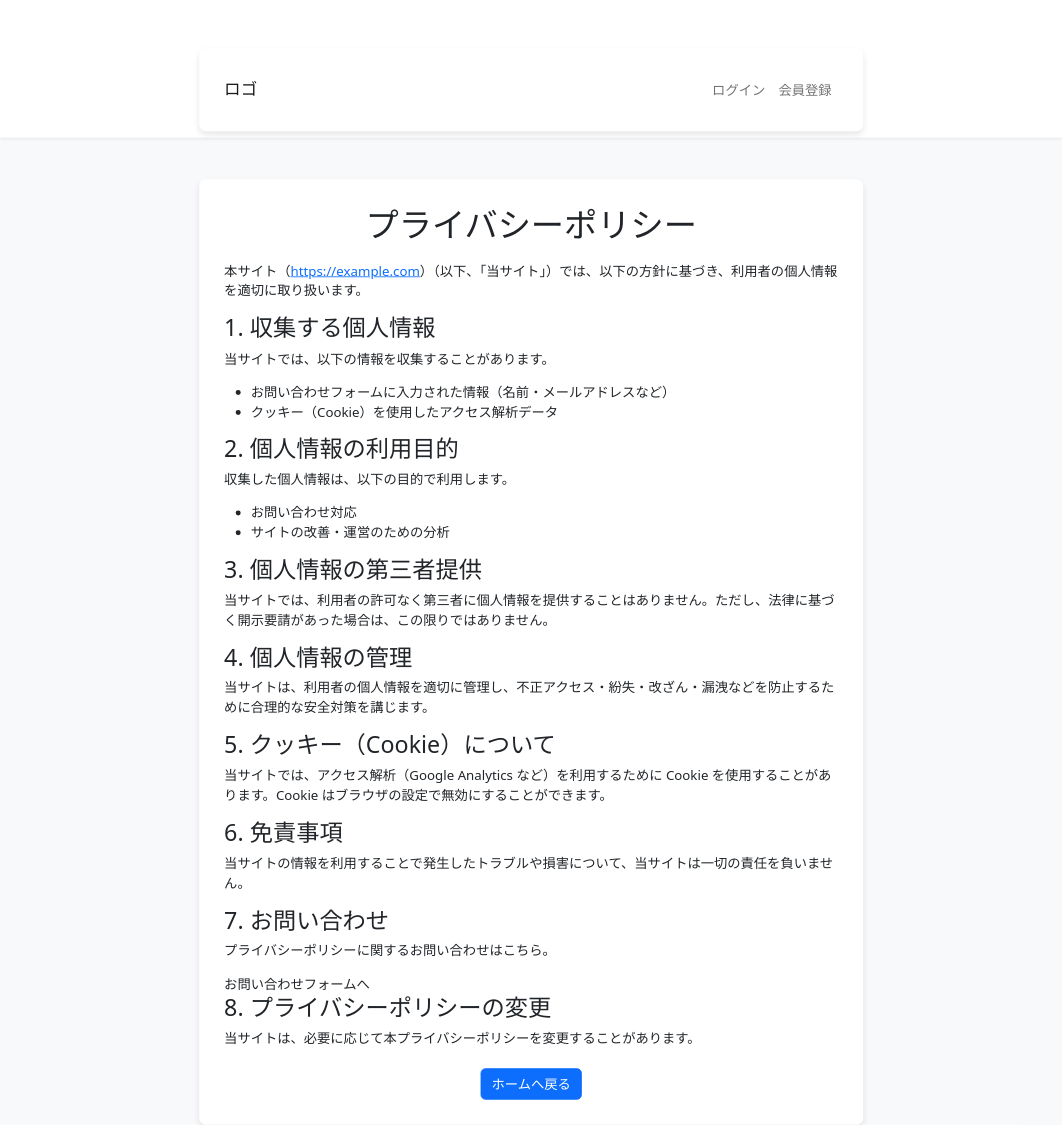
Repository: masa1228ew/original
Page: http://localhost/auth/privacy
An editor plug-in stored every save of this project. The page is shown before and after the next save, followed by the edit.
The browser window is 1280 px wide. The pictures show the whole page, at 83% of full size.
The page is this project's Thymeleaf template; nobody is signed in. The template is opened directly, without the code that normally fills it, so the values that code supplies are empty.

Above is the page before, as saved 2025-02-19 13:59:47.

### original/original/src/main/resources/templates/auth/privacy.html
<!DOCTYPE html>
<html lang="ja">
<head>
    <meta charset="UTF-8">
    <meta name="viewport" content="width=device-width, initial-scale=1">
    <title>プライバシーポリシー</title>
    <link href="https://cdn.jsdelivr.net/npm/bootstrap@5.2.3/dist/css/bootstrap.min.css" rel="stylesheet">
    <style>
        body {
            background-color: #f8f9fa;
        }
        .container {
            max-width: 800px;
            background: white;
            padding: 30px;
            margin-top: 50px;
            border-radius: 8px;
            box-shadow: 0 4px 8px rgba(0, 0, 0, 0.1);
        }
        h1 {
            text-align: center;
            margin-bottom: 20px;
        }
    </style>
</head>
<body>
	<div class="wrapper">
		 <div th:replace="~{fragment :: header}"></div>
		<main>
    <div class="container">
<!--		<div>-->
        <h1>プライバシーポリシー</h1>

        <p>本サイト（<a href="https://example.com">https://example.com</a>）（以下、「当サイト」）では、以下の方針に基づき、利用者の個人情報を適切に取り扱います。</p>

        <h3>1. 収集する個人情報</h3>
        <p>当サイトでは、以下の情報を収集することがあります。</p>
        <ul>
            <li>お問い合わせフォームに入力された情報（名前・メールアドレスなど）</li>
            <li>クッキー（Cookie）を使用したアクセス解析データ</li>
        </ul>

        <h3>2. 個人情報の利用目的</h3>
        <p>収集した個人情報は、以下の目的で利用します。</p>
        <ul>
            <li>お問い合わせ対応</li>
            <li>サイトの改善・運営のための分析</li>
        </ul>

        <h3>3. 個人情報の第三者提供</h3>
        <p>当サイトでは、利用者の許可なく第三者に個人情報を提供することはありません。ただし、法律に基づく開示要請があった場合は、この限りではありません。</p>

        <h3>4. 個人情報の管理</h3>
        <p>当サイトは、利用者の個人情報を適切に管理し、不正アクセス・紛失・改ざん・漏洩などを防止するために合理的な安全対策を講じます。</p>

        <h3>5. クッキー（Cookie）について</h3>
        <p>当サイトでは、アクセス解析（Google Analytics など）を利用するために Cookie を使用することがあります。Cookie はブラウザの設定で無効にすることができます。</p>

        <h3>6. 免責事項</h3>
        <p>当サイトの情報を利用することで発生したトラブルや損害について、当サイトは一切の責任を負いません。</p>

        <h3>7. お問い合わせ</h3>
        <p>プライバシーポリシーに関するお問い合わせはこちら。</p>
				<a class="nav-link" th:href="@{/inquiry}">お問い合わせフォームへ</a>



        <h3>8. プライバシーポリシーの変更</h3>
        <p>当サイトは、必要に応じて本プライバシーポリシーを変更することがあります。</p>

        <div class="text-center mt-4">
            <a href="/" class="btn btn-primary">ホームへ戻る</a>
        </div>
    </div>
		</main>
	</div>

    <script src="https://cdn.jsdelivr.net/npm/bootstrap@5.2.3/dist/js/bootstrap.bundle.min.js"></script>
</body>
</html>

### original/original/src/main/resources/templates/fragment.html
<!DOCTYPE html>
<html  xmlns:th="https://www.thymeleaf.org">
	<head>
		 <div th:fragment="meta" th:remove="tag">
             <meta charset="UTF-8">
             <meta name="viewport" content="width=device-width, initial-scale=1">
         </div>

         <div th:fragment="header" th:remove="tag">
            <nav class="navbar navbar-expand-md navbar-light bg-white shadow-sm samuraitravel-navbar">
                <div class="container samuraitravel-container">
                    <a class="navbar-brand" th:href="@{/}">
                        ロゴ
                    </a>

                    <button class="navbar-toggler" type="button" data-bs-toggle="collapse" data-bs-target="#navbarSupportedContent" aria-controls="navbarSupportedContent" aria-expanded="false" aria-label="Toggle navigation">
                        <span class="navbar-toggler-icon"></span>
                    </button>

                    <div class="collapse navbar-collapse" id="navbarSupportedContent">
                       <ul class="navbar-nav ms-auto">
    <!-- 未ログインであれば表示する -->
    <li class="nav-item" sec:authorize="isAnonymous()">
        <a class="nav-link" th:href="@{/login}">ログイン</a>
    </li>
    <li class="nav-item" sec:authorize="isAnonymous()">
        <a class="nav-link" th:href="@{/signup}">会員登録</a>
    </li>

    <form class="d-none" id="logout-form" th:action="@{/logout}" method="post"></form>
    <!-- ログイン済みであれば表示する -->
   <li class="nav-item dropdown" sec:authorize="isAuthenticated()">
    <!-- ドロップダウンを開くためのボタン -->
    <a class="nav-link dropdown-toggle" href="#" id="navbarDropdownGeneral" role="button" data-bs-toggle="dropdown" aria-expanded="false">
        メニュー
    </a>
    <!-- ドロップダウンメニュー -->
    <ul class="dropdown-menu dropdown-menu-end" aria-labelledby="navbarDropdownGeneral">
        <li>
            <!-- ✅ モーダルを開くためのボタン -->
            <a class="dropdown-item samuraitravel-dropdown-item" href="#" data-bs-toggle="modal" data-bs-target="#logoutModal">
                ログアウト
            </a>
        </li>

        <li>
            <a class="dropdown-item samuraitravel-dropdown-item" th:href="@{/privacy}">
                プライバシーポリシー
            </a>
        </li>
        <li>
            <a class="dropdown-item samuraitravel-dropdown-item" th:href="@{/inquiry}">
                お問い合わせ
            </a>
        </li>
    </ul>
<!--    <form class="d-none" id="logout-form" th:action="@{/logout}" method="post"></form>-->
</li>

</ul>
<div class="modal fade" id="logoutModal" tabindex="-1" aria-labelledby="logoutModalLabel" aria-hidden="true">
  <div class="modal-dialog">
    <div class="modal-content">
      <div class="modal-header">
        <h5 class="modal-title" id="logoutModalLabel">ログアウト確認</h5>
        <button type="button" class="btn-close" data-bs-dismiss="modal" aria-label="閉じる"></button>
      </div>
      <div class="modal-body">
        本当にログアウトしますか？
      </div>
      <div class="modal-footer">
        <button type="button" class="btn btn-secondary" data-bs-dismiss="modal">キャンセル</button>
        <button id="confirmLogout" class="btn btn-danger">ログアウト</button>

      </div>
    </div>
  </div>
</div>
                    </div>
                </div>
            </nav>
        </div>
	</head>
	<body>
		 <div th:fragment="scripts" th:remove="tag">
           <!-- Bootstrap -->
           <script src="https://cdn.jsdelivr.net/npm/bootstrap@5.2.3/dist/js/bootstrap.bundle.min.js" integrity="sha384-kenU1KFdBIe4zVF0s0G1M5b4hcpxyD9F7jL+jjXkk+Q2h455rYXK/7HAuoJl+0I4" crossorigin="anonymous"></script>
       </div>
	</body>
</html>

After the next save:
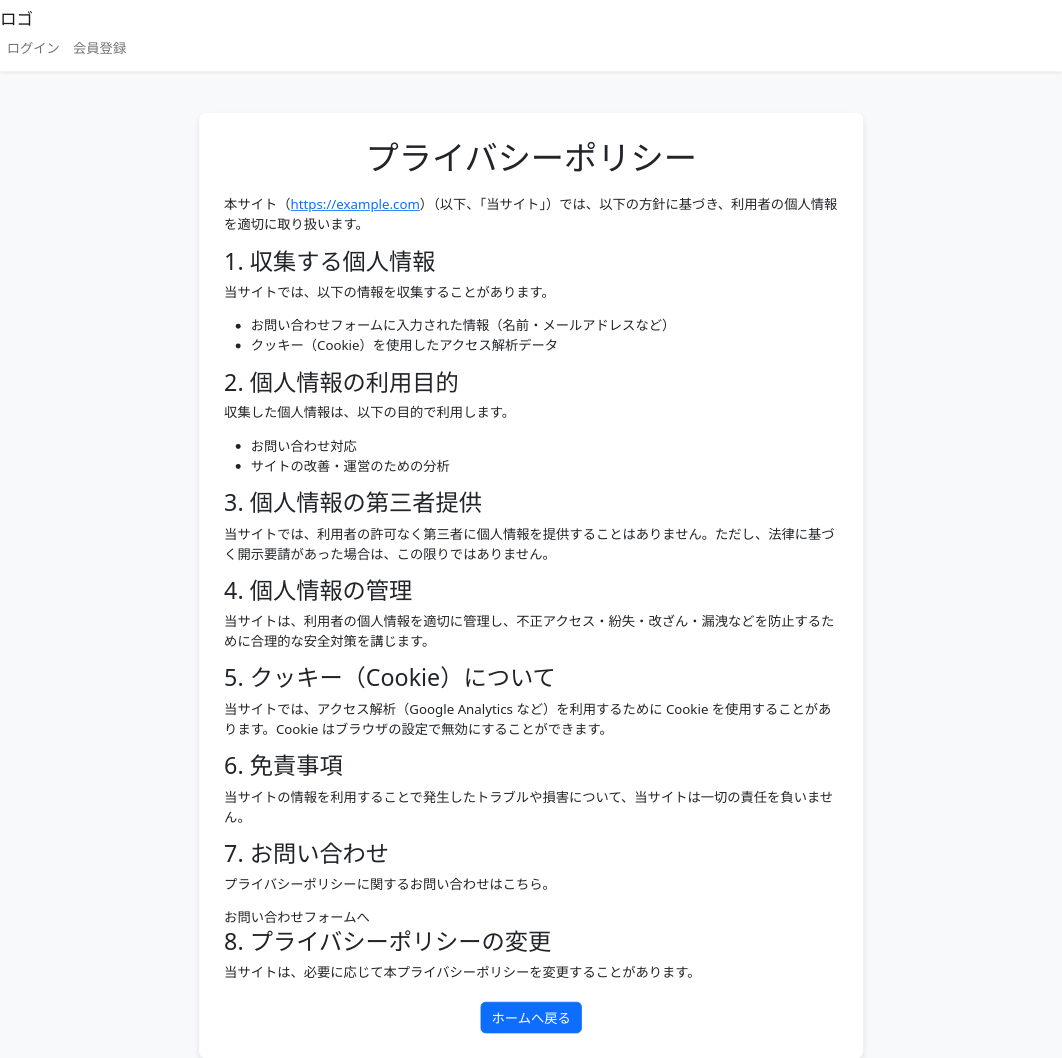
Saved 42 h 26 min later.
--- a/original/original/src/main/resources/templates/fragment.html
+++ b/original/original/src/main/resources/templates/fragment.html
@@ -8,7 +8,7 @@
 
          <div th:fragment="header" th:remove="tag">
             <nav class="navbar navbar-expand-md navbar-light bg-white shadow-sm samuraitravel-navbar">
-                <div class="container samuraitravel-container">
+                <div class=" samuraitravel-container">
                     <a class="navbar-brand" th:href="@{/}">
                         ロゴ
                     </a>

After the save that followed:
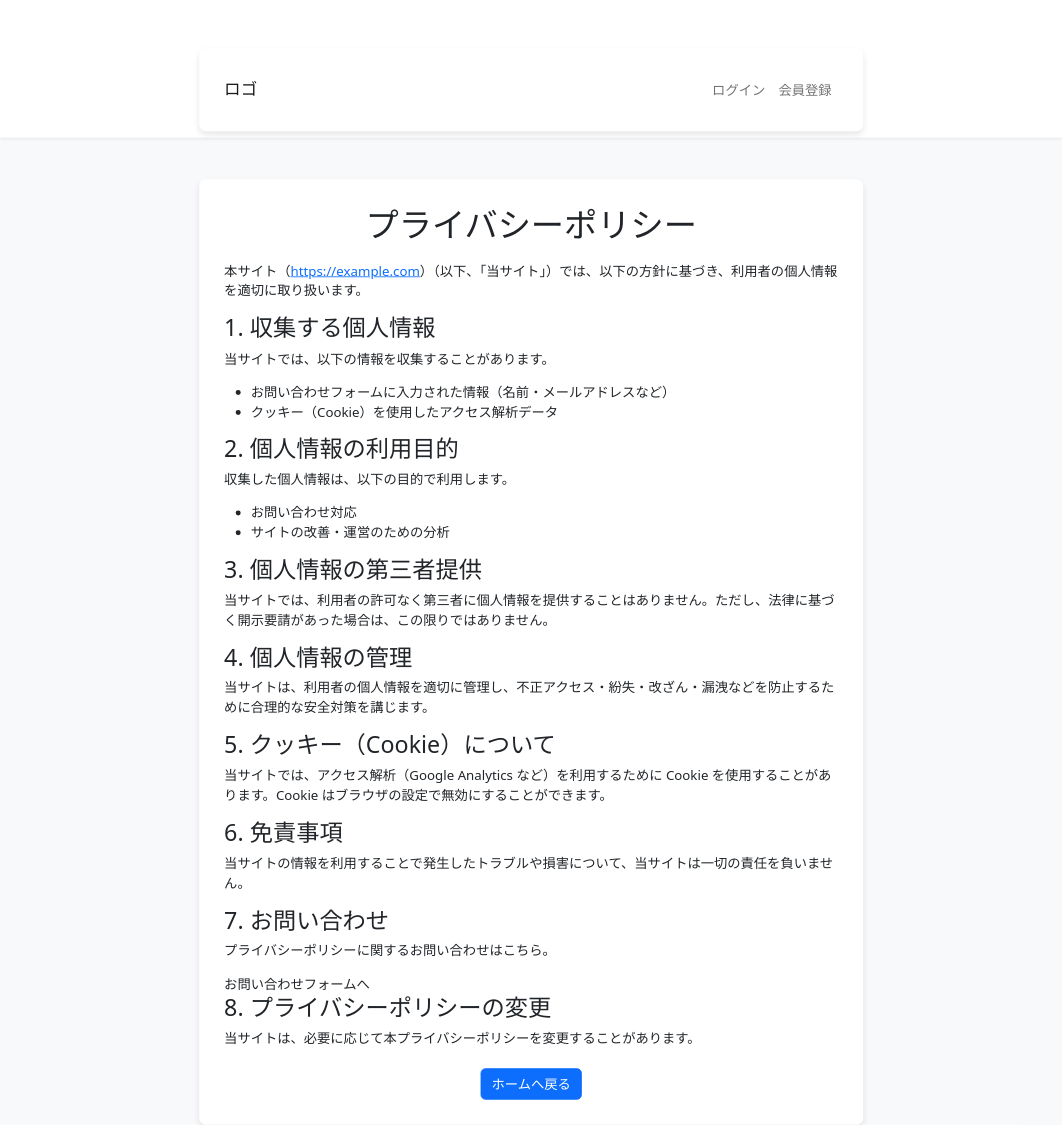
Saved 62 s later.
--- a/original/original/src/main/resources/templates/fragment.html
+++ b/original/original/src/main/resources/templates/fragment.html
@@ -8,7 +8,7 @@
 
          <div th:fragment="header" th:remove="tag">
             <nav class="navbar navbar-expand-md navbar-light bg-white shadow-sm samuraitravel-navbar">
-                <div class=" samuraitravel-container">
+                <div class="container samuraitravel-container">
                     <a class="navbar-brand" th:href="@{/}">
                         ロゴ
                     </a>
